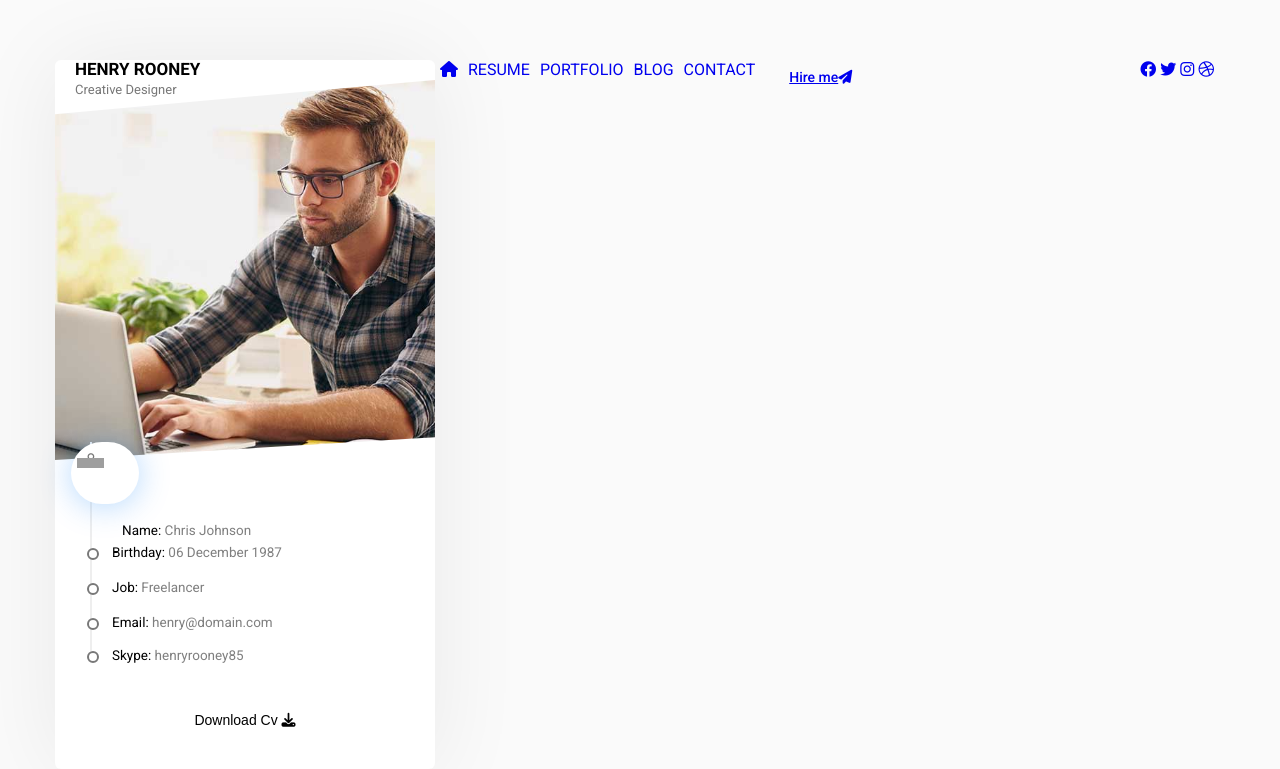
Repository: Lehuyhuynh/mat
Page: index.html
The author's editor kept a copy of each file at every save. The page is drawn from the files as they stood at one save, then again after the next save.
The browser window is 1280 px wide. The pictures show the whole page.
Pictures or frames that could not be fetched are drawn as grey boxes.

Above is the page before, as saved 2023-04-12 12:15:07.

### index.html
<!DOCTYPE html>
<html lang="en">
<head>
                    <meta charset="UTF-8">
                    <meta http-equiv="X-UA-Compatible" content="IE=edge">
                    <meta name="viewport" content="width=device-width, initial-scale=1.0">
                    <title>Mat</title>
                    <link rel="stylesheet" href="style.css">
                    <link rel="preconnect" href="https://fonts.googleapis.com">
                    <link rel="preconnect" href="https://fonts.gstatic.com" crossorigin>
                     <link href="https://fonts.googleapis.com/css2?family=Roboto:wght@400;500;700;900&display=swap" rel="stylesheet">

                    <link rel="stylesheet" href="icon-fonts/font-awesome-4.7.0/css/font-awesome.min.css"/>

                    <link rel="stylesheet" href="https://cdnjs.cloudflare.com/ajax/libs/font-awesome/6.4.0/css/all.min.css" integrity="sha512-iecdLmaskl7CVkqkXNQ/ZH/XLlvWZOJyj7Yy7tcenmpD1ypASozpmT/E0iPtmFIB46ZmdtAc9eNBvH0H/ZpiBw==" crossorigin="anonymous" referrerpolicy="no-referrer" />
</head>
<body>
    <div id="preloader">
        <div class="spinner">
        </div>
    </div>

    <div class="wrapper container">

        <div class="row">

            <!-- profile section -->

            <div class="col-lg-3 col-md-4">

                <div class="profile">

                    <div class="profile-name">

                        <span class="name">Henry Rooney</span><br>

                        <span class="jod">Creative Designer</span><br>

                    </div>

                    <img class="profile-img" src="img/profile.jpg" alt="#">

                     <ul class="profile-information">

                        <li><p><span>Name:</span> Chris Johnson</p></li>

                        <li><p><span>Birthday:</span> 06 December 1987</p></li>

                        <li><p><span>Job:</span> Freelancer</p></li>

                        <li><p><span>Email:</span> henry@domain.com</p></li>

                        <li><p><span>Skype:</span> henryrooney85</p></li>

                    </ul>

                    <div class="col-md-12">

                         <button class="site-btn icon">Download Cv

                            <i class="fa fa-download" aria-hidden="true"></i>

                        </button>

                    </div>

                    </div>

                </div>

                <!-- header -->
            <div  class="row">

                <div class="col-md-8 col-sm-8-col-xs-4">

                    <ul class="tabs">
                        <li class="tab">

                          <a class="home-btn" href="#home"><i class="fa fa-home" aria-hidden="true"></i></a>

                        </li>
                        <li class="tab"><a href="#RESUME">RESUME</a></li>
                        <li class="tab"><a href="#PORTFOLIO">PORTFOLIO</a></li>
                        <li class="tab"><a href="#BLOG">BLOG</a></li>
                        <li class="tab"><a href="#CONTACT">CONTACT</a></li>

                    </ul>
                    </div>


                <div class="col-md-4 col-sm-4 col-xs-8 dynamic">

                    <a href="mailto:hi@tavonline.net" class="pull-right site-btn icon hidden-xs">Hire me<i class="fa fa-paper-plane" aria-hidden="true"></i></a>

                </div>


                <div class="hidden-md social-icons pull-right">

                    <a class="fb" href="#"><i class="fa-brands fa-facebook"></i></a>

                    <a class="tw" href="#"><i class="fa-brands fa-twitter"></i></a>

                    <a class="ins" href="#"><i class="fa-brands fa-instagram"></i></a>

                    <a class="dr" href="#"><i class="fa-brands fa-dribbble" ></i></a>

                </div>

             </div>

        </div>

    </div>
</body>
</html>

### style.css
body{
                    background-image: url(/img/bg.png) #fafafa;
                   font-family: roboto, sans-serif;
                   background:#fafafa;
                   position: relative;
                   overflow: hidden;

}

html{
                    height: 100%;
}
*{
                    margin: 0;
                    padding: 0;
                    border: 0;
                    outline: 0;
                    background: transparent;
}

.site-btn{
                    font-size: 14px;
                    font-weight: 500;
                    border-radius: 50px;
                    -webkit-border-radius:50px;
                    -moz-border-radius:50px;
                    padding: 1px 29px;
                    line-height: 35px;
}

.site-btn .icon{
                    text-align: left;
                    padding: 1px 6px 1px 19px;
}

.site-btn .icon i{
                    color: #000;
                    background: #fff;
                    margin-left: 15px;
                    border-radius: 50px;
                    font-size: 11px;
                    height: 27px;
                    width: 27px;
                    float: right;
                    text-align: center;
                    line-height: 29px;
                    margin-top: 4px;
}

p{
                    font-size: 13px;
                    color: #4c4c4c;
                    line-height: 24px;
 }

 .profile{
                    background: #fff;
                    border-radius: 6px;
                    -moz-border-radius: 6px;
                    -webkit-border-radius: 6px;
                    -o-border-radius: 6px;
                    width: 100%;
                    display: inline-block;
                    box-shadow: 0px 2px 92px 0px rgba(0, 0, 0, 0.07);
                    -webkit-box-shadow: 0px 2px 92px 0px rgba(0, 0, 0, 0.07);
                    -moz-box-shadow: 0px 2px 92px 0px rgba(0, 0, 0, 0.07);
}

.profile .name {
                    line-height: 18px;
                    padding: 20px;
                    text-transform: uppercase;
                    font-size: 17px;
                    font-weight: bold;

}
.profile .jod {
                    padding: 20px;
                    color: #777777;
                    font-size: 13px;
}

.profile-img{
                   margin-top: -18px;
                   -webkit-clip-path: polygon(0 9%, 100% 0, 100% 94%, 0% 100%);
                    clip-path: polygon(0 9%, 100% 0, 100% 94%, 0% 100%);
                    height: 380px;

}
.profile-img img{
                    width: 100%;
}

.profile-information{
                    list-style: none;
                    margin: 8px 0px 8px 35px;
}

.profile-information li{
                    border-left: 2px solid #eee;
                    padding:0 0 23px 20px;
                    font-size: 14px;
                    color: #787878;
}

ul.profile-information li p{
                    font-size: 13.5px;
                    color: #7f7f7f;
                    line-height: 12px;
}

ul.profile-information li:last-child{
                    border: 0;
                    margin-left: 2px;
                    margin-top: -2px;
}


ul.profile-information li:before{
                    content: "";
                    border: solid 2px;
                    width: 8px;
                    height: 8px;
                    border-radius: 50px;
                    -moz-border-radius: 50px;
                    -webkit-border-radius: 50px;
                    font-size: 8px;
                    margin-left: -25px;
                    margin-top: 2px;
                    font-weight: 400;
                    background: #fff;
                    display: block;
                    position: absolute;
}

ul.profile-information li span{color:#000}

ul.profile-information li:first-child{
                    padding-bottom: 10px;
                    padding-left: 30px;
                    position: relative;
}

ul.profile-information li:first-child img {
                    margin:44px -44px;
                    display: inline-block;
                    position: absolute;
                    width: 20px;
 }

 ul.profile-information li:first-child::before {
                    content: '\f2c0';
                    font-family: FontAwesome;
                    font-size: 13.5px;
                    margin-left: -51px;
                    margin-top: -30px;
                    margin-bottom: 20px;
                    position: relative;
                    border: 0;
                      border-top-color: currentcolor;
                      border-right-color: currentcolor;
                      border-bottom-color: currentcolor;
                      border-left-color: currentcolor;
                    width: 40px;
                    height: 40px;
                    padding: 11px 14px;
                    box-shadow: 0px 2px 32px 0px rgba(4, 123, 248, 0.3);
}
 ul.profile-information li:first-child::after {
                    background: url(../images/glasses-w.png) no-repeat;
                    content: '';
                    width: 30px;
                    height: 10px;
                    position: absolute;
                    top: 0;
                    left: 0;
                    margin: 16px -15px;
                    background-size: 27px 10px;
                  }

.profile .site-btn{
                    margin: 18px auto 30px;
                    display: block;
}

.tabs .tab a {
                    text-decoration: none;
                    margin: 5px;
}
.col-md-4  .pull-right{
                    text-align: right;
}

.wrapper{
                    margin-top: 60px;
                    width: 1170px ;
                    background: transparent;
}
.container{
                    padding-right: 15px;
                    padding-left: 15px;
                    margin-right: auto;
                    margin-left: auto;
}
*{
                    margin: 0;
                    padding: 0;
                    border: 0;
                    outline: 0;
                    font-size: 100%;
                    background: transparent;
}
.row{
                    display: flex;
}
.col-md-4{
                    width: 380px;
                    height: 33.33%;
}


.tabs{
                    display: flex;
                    list-style-type: none;
                    text-decoration: none;

}

.tabs .tab a {
                    text-decoration: none;
                    margin: 5px;
}
.col-md-4  .pull-right{
                    text-align: right;
}

After the next save:
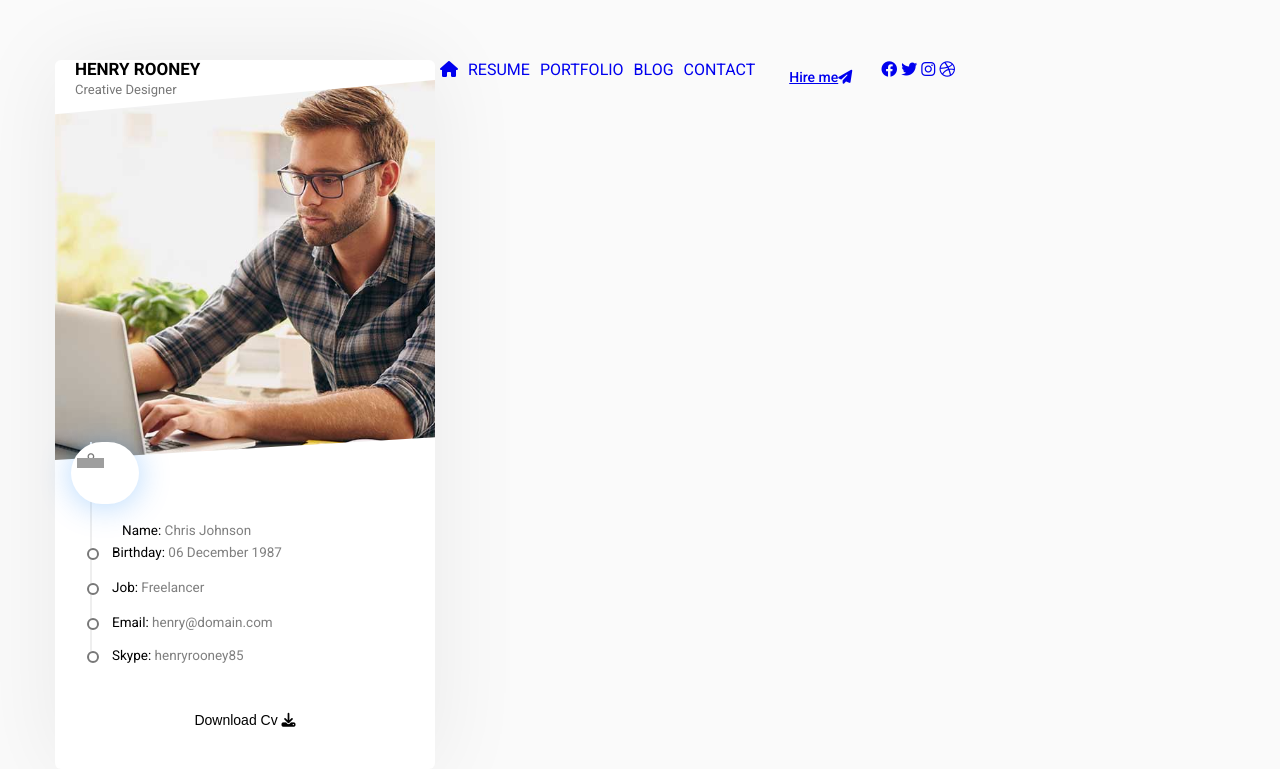
Saved 11 s later.
--- a/style.css
+++ b/style.css
@@ -213,10 +213,7 @@
 .row{
                     display: flex;
 }
-.col-md-4{
-                    width: 380px;
-                    height: 33.33%;
-}
+
 
 
 .tabs{
